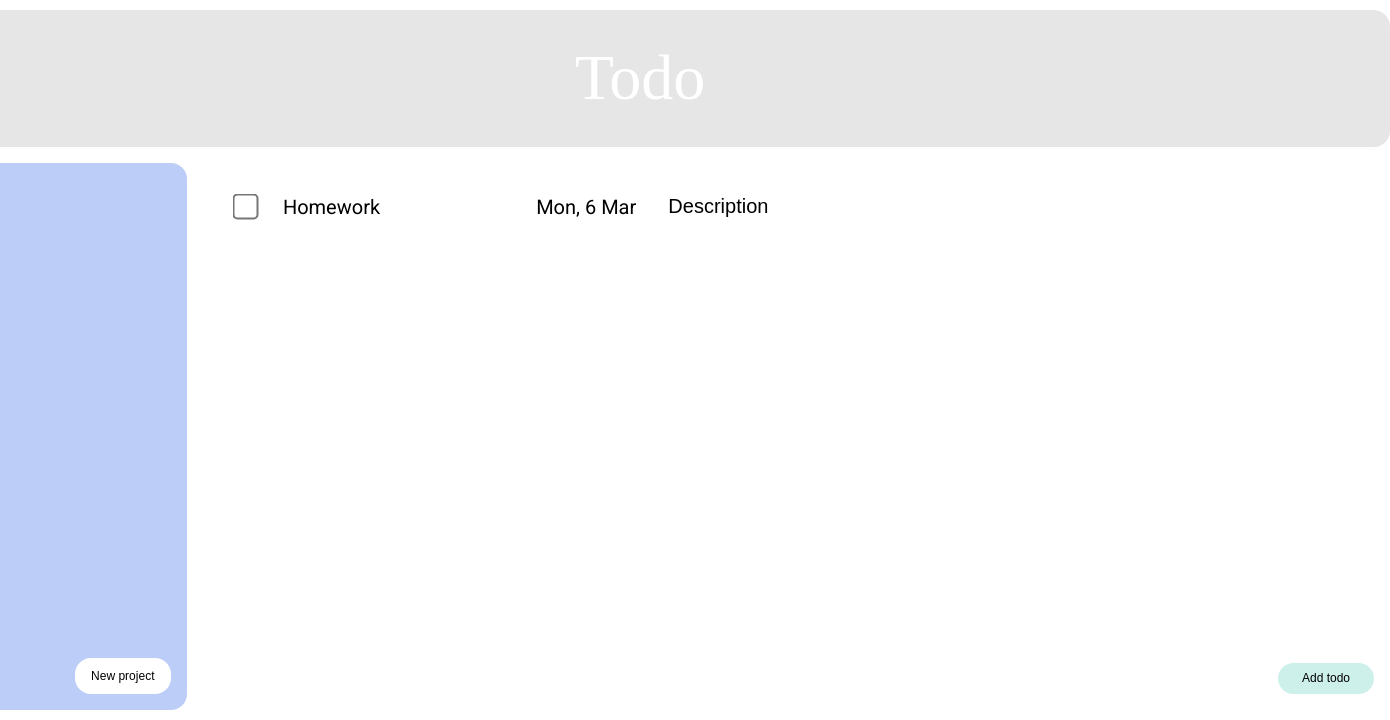
Repository: yeetzpxoci/todo-list
Page: dist/index.html
The author's editor kept a copy of each file at every save. The page is drawn from the files as they stood at one save, then again after the next save.
The browser window is 1280 px wide. The page is 1390 px wide, so the pictures cover 1390 px, including what lies to the right of the window. The pictures show the whole page.
Some web fonts or font styles are not loaded; a fallback is used.

Above is the page before, as saved 2023-03-07 17:27:38.
Console error: ReferenceError: projectNameSubmit is not defined

After the next save:
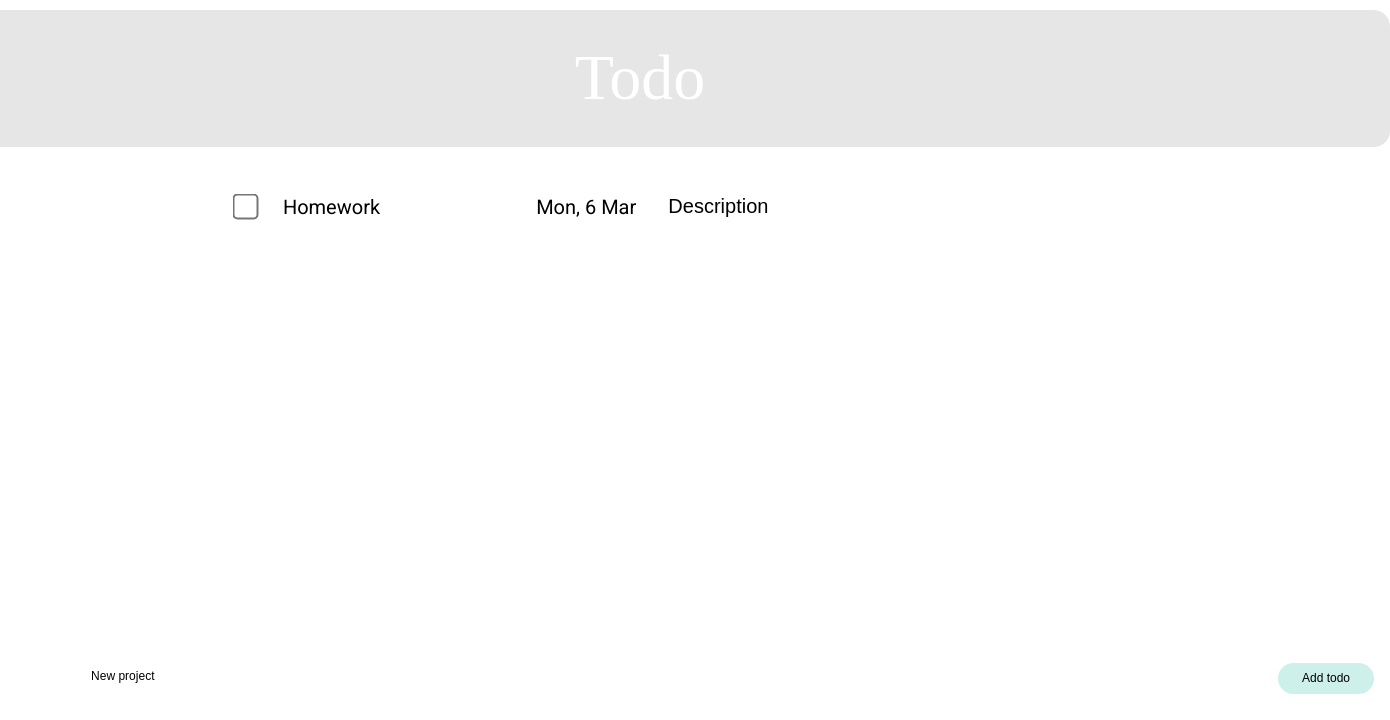
Saved 35 s later.
--- a/dist/styles.css
+++ b/dist/styles.css
@@ -53,7 +53,7 @@ p {
 #sidebar {
     display: flex;
     flex-direction: column;
-    background-color: #BCCEF8   ;
+    background-color: #ffffff   ;
     grid-column: 1 / 2;
     grid-row: 2 / 3;
     z-index: -1;
